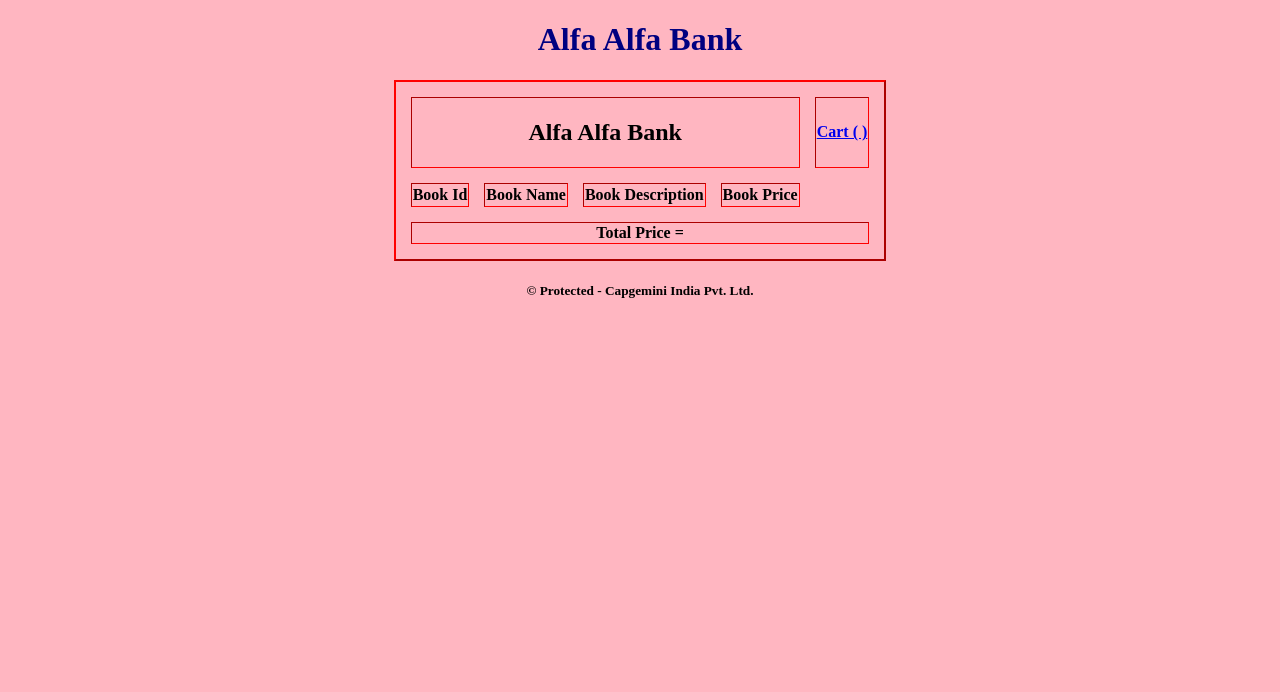
Repository: Rccalfa123/OnlineBankingApp
Page: http://localhost/AlfaAlfaBankApp/home.jsp
These files come from the project's save history. The page is drawn as it stood at one moment and after the next save; the edit follows.
The browser window is 1280 px wide. The pictures show the whole page.
The page is served by Tomcat 9. Other server files are loaded and not shown.

Above is the page before, as saved 2018-08-10 10:36:03.

### AlfaAlfaBankApp/WebContent/home.jsp
<%@ page language="java" contentType="text/html; charset=ISO-8859-1"
	pageEncoding="ISO-8859-1"%>
<%@taglib prefix="alfa" uri="http://java.sun.com/jsp/jstl/core"%>
<!DOCTYPE html>
<html>
<head>

<link rel="stylesheet" type="text/css" href="mystyle.css">

<meta charset="ISO-8859-1">
<title>Alfa Alfa Bank</title>
</head>
<body>
     <jsp:include page="header.jsp"></jsp:include>
	<form action=".app" method="get">

		<div>
			<table cellspacing="15" align = "center" border="2" >
				<tr>
					<th colspan="4" height="35"><h2>Alfa Alfa Bank</h2></th>
					<th><a href="Cart.jsp">Cart ( ${sessionScope.counter} )</a> </th>
				</tr>
			  <tr>
					<th height="20">Book Id</th>
					<th height="20">Book Name</th>
					<th height="20">Book Description</th>
					<th height="20">Book Price</th>

				</tr>

			<alfa:forEach var="books"  items="${sessionScope.availableBooks}">
			<tr>
					<td align="center">${books.bookId}</td>
					<td align="center">${books.bookName}</td>
					<td align="center">${books.bookDescription}</td>
					<td align="center">${books.bookPrice}</td>
					<td align="center"  colspan="2"><a href="addnew.app?bookId=${books.bookId}">Add to Cart</a></td>
			</tr>
			</alfa:forEach>
			 <tr > <th colspan="6"> Total Price = ${sessionScope.price} </th></tr>
					</table>
		</div>

	</form>
<jsp:include page="footer.html"></jsp:include>

</body>
</html>

### AlfaAlfaBankApp/WebContent/header.jsp
<%@taglib prefix="jstl" uri="http://java.sun.com/jsp/jstl/core" %>
<div align="center">
	<h1>Alfa Alfa Bank</h1>
</div>

### AlfaAlfaBankApp/WebContent/footer.html
<div align="center">
<h5>&copy; Protected - Capgemini India Pvt. Ltd.</h5>
</div>

### AlfaAlfaBankApp/WebContent/mystyle.css
@charset "ISO-8859-1";

body {
    background-color: lightpink;
}

h1 {
    color: navy;
}

td{

 font-family: sans-serif;

}

table {
	border-color: red;
	border-right: 2px 2px 2px 2px ;
}

After the next save:
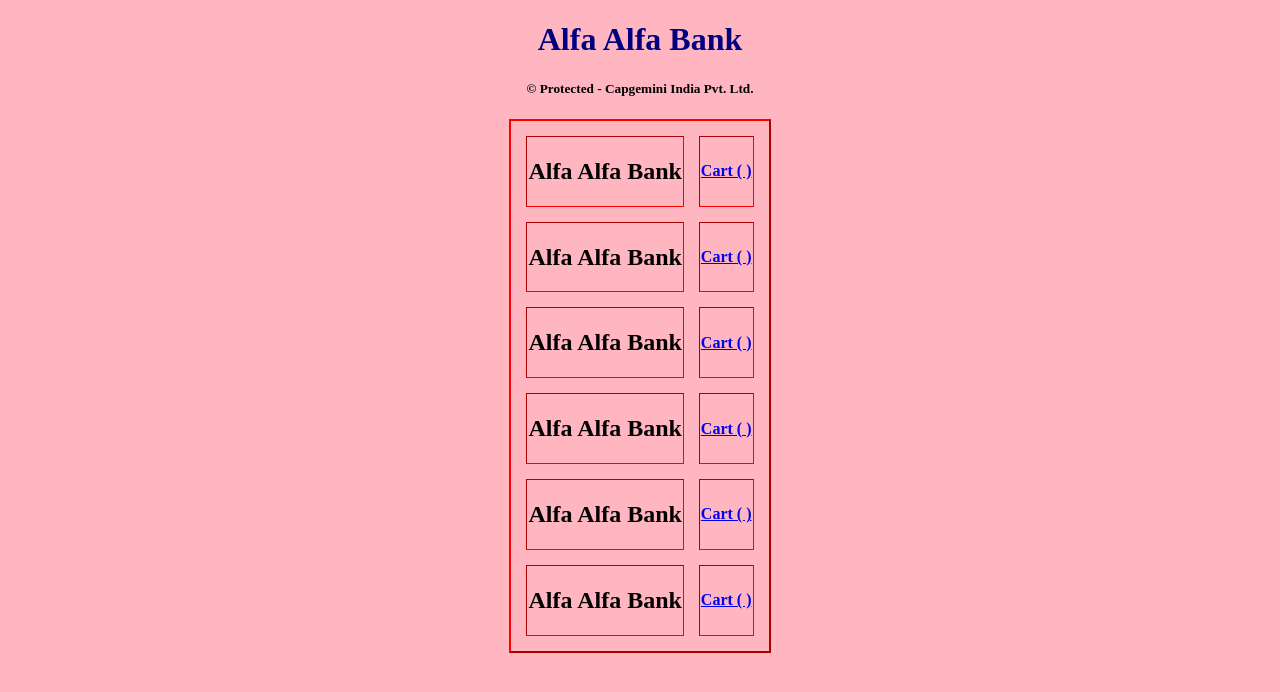
Saved 2 min 56 s later.
--- a/AlfaAlfaBankApp/WebContent/home.jsp
+++ b/AlfaAlfaBankApp/WebContent/home.jsp
@@ -11,38 +11,39 @@
 <title>Alfa Alfa Bank</title>
 </head>
 <body>
-     <jsp:include page="header.jsp"></jsp:include>
+	<jsp:include page="header.jsp"></jsp:include>
 	<form action=".app" method="get">
 
 		<div>
-			<table cellspacing="15" align = "center" border="2" >
+			<table cellspacing="15" align="center" border="2">
 				<tr>
 					<th colspan="4" height="35"><h2>Alfa Alfa Bank</h2></th>
-					<th><a href="Cart.jsp">Cart ( ${sessionScope.counter} )</a> </th>
+					<th><a href="Cart.jsp">Cart ( ${sessionScope.counter} )</a></th>
 				</tr>
-			  <tr>
-					<th height="20">Book Id</th>
-					<th height="20">Book Name</th>
-					<th height="20">Book Description</th>
-					<th height="20">Book Price</th>
-
+				<tr>
+					<th colspan="4" height="35"><h2>Alfa Alfa Bank</h2></th>
+					<th><a href="Cart.jsp">Cart ( ${sessionScope.counter} )</a></th>
 				</tr>
-
-			<alfa:forEach var="books"  items="${sessionScope.availableBooks}">
-			<tr>
-					<td align="center">${books.bookId}</td>
-					<td align="center">${books.bookName}</td>
-					<td align="center">${books.bookDescription}</td>
-					<td align="center">${books.bookPrice}</td>
-					<td align="center"  colspan="2"><a href="addnew.app?bookId=${books.bookId}">Add to Cart</a></td>
-			</tr>
-			</alfa:forEach>
-			 <tr > <th colspan="6"> Total Price = ${sessionScope.price} </th></tr>
-					</table>
+				<tr>
+					<th colspan="4" height="35"><h2>Alfa Alfa Bank</h2></th>
+					<th><a href="Cart.jsp">Cart ( ${sessionScope.counter} )</a></th>
+				</tr>
+				<tr>
+					<th colspan="4" height="35"><h2>Alfa Alfa Bank</h2></th>
+					<th><a href="Cart.jsp">Cart ( ${sessionScope.counter} )</a></th>
+				</tr>
+				<tr>
+					<th colspan="4" height="35"><h2>Alfa Alfa Bank</h2></th>
+					<th><a href="Cart.jsp">Cart ( ${sessionScope.counter} )</a></th>
+				</tr>
+				<tr>
+					<th colspan="4" height="35"><h2>Alfa Alfa Bank</h2></th>
+					<th><a href="Cart.jsp">Cart ( ${sessionScope.counter} )</a></th>
+				</tr>
 		</div>
 
 	</form>
-<jsp:include page="footer.html"></jsp:include>
+	<jsp:include page="footer.html"></jsp:include>
 
 </body>
 </html>
